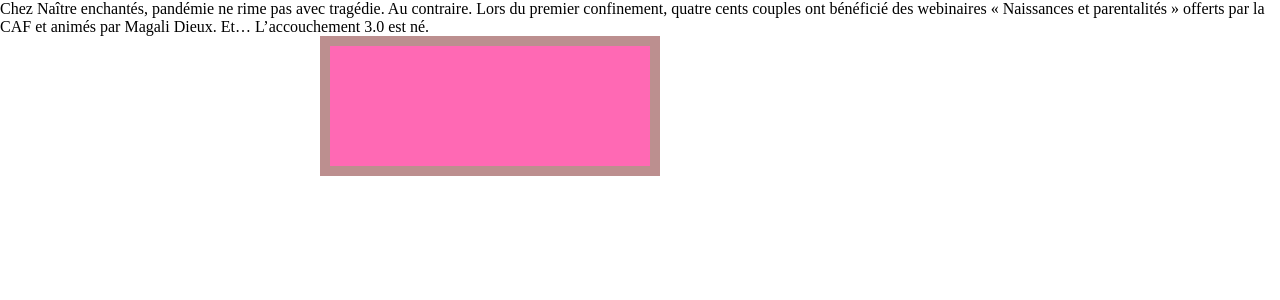
Repository: clairedupuich/kong_jian
Page: sllider_simple/index.html
An editor plug-in stored every save of this project. The page is shown before and after the next save, followed by the edit.
The browser window is 1280 px wide. The pictures show the whole page.

Above is the page before, as saved 2020-11-21 22:36:26.

After the next save:
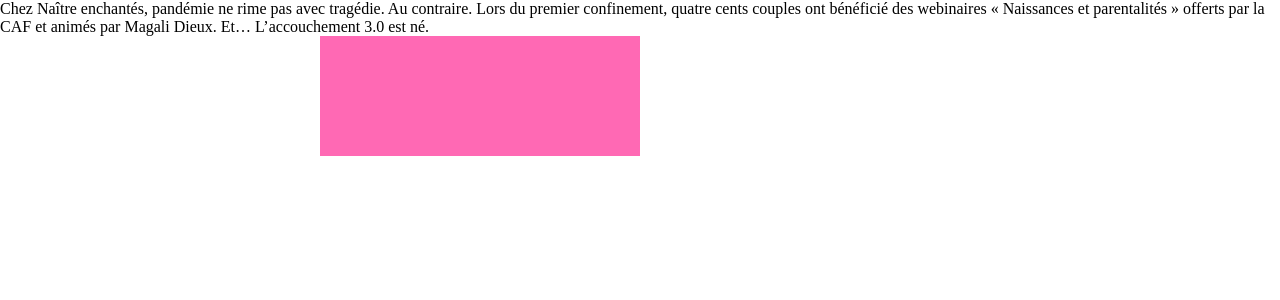
Saved 84 s later.
--- a/sllider_simple/style.css
+++ b/sllider_simple/style.css
@@ -12,7 +12,7 @@ ul {
     width: 320px;
     height: 120px;
     margin-left: 320px;
-    border: 10px solid #bc8f8f;
+
     overflow: hidden;
 }
 
